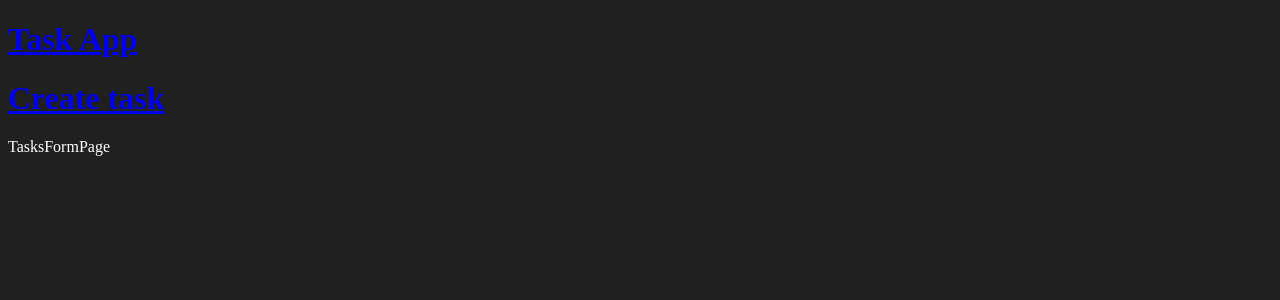
Repository: ChemsJam/django_react_api_crud
Page: /tasks-create (app in Client/)
An editor plug-in stored every save of this project. The page is shown before and after the next save, followed by the edit.
The browser window is 1280 px wide. The pictures show the whole page.
The project was rebuilt for these pictures with package versions that can differ from the ones it lists, and the page was loaded fresh each time. Also part of the build but not shown: Client/vite.config.js, Client/src/api/tasks.api.js, Client/src/components/TaskCard.jsx, Client/src/components/TaksList.jsx, Client/src/pages/TasksPage.jsx.

Above is the page before, as saved 2024-07-03 20:18:09.

### Client/src/App.jsx
import { BrowserRouter, Navigate, Route, Routes } from 'react-router-dom'
import { TasksPage } from './pages/TasksPage'
import { TasksFormPage } from './pages/TaskFormPage'
import { Navigation } from './components/Navigation'

function App() {
  return (
    <BrowserRouter>
      <Navigation />
      <Routes>
        <Route path='/' element={<Navigate to="/tasks" />} />
        <Route path='/tasks' element={<TasksPage />} />
        <Route path='/tasks-create' element={<TasksFormPage />} />

      </Routes>

    </BrowserRouter>
  )
}

export default App

### Client/src/index.css
body {
  background: #202020;
  color: #FFFFFF;
}

### Client/src/pages/TaskFormPage.jsx
export function TasksFormPage() {
    return (
        <div>TasksFormPage</div>
    )
}

### Client/src/components/Navigation.jsx
import { Link } from "react-router-dom"

export function Navigation() {
  return (
    <div>
        <Link to="/tasks">
        <h1>
            Task App
        </h1>
        </Link>

        <Link to="/tasks-create">
        <h1>
            Create task
        </h1>
        </Link>
    </div>
  )
}

Loaded but not shown: Client/index.html (common file); Client/src/main.jsx (common file)

After the next save:
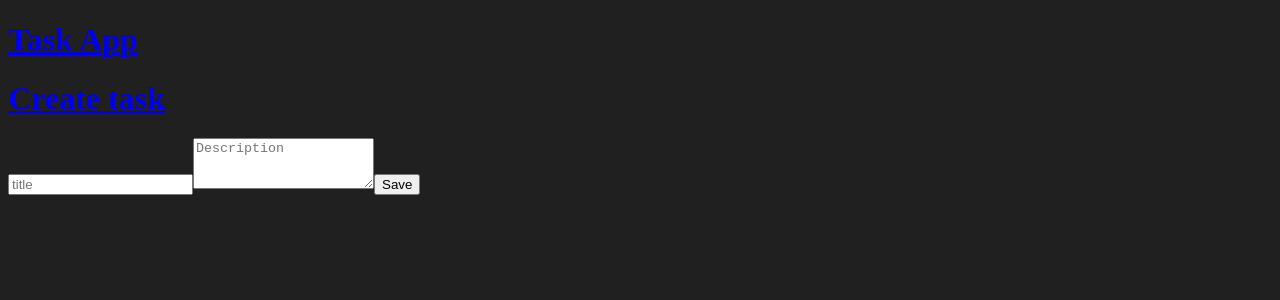
Saved 109 s later.
--- a/Client/src/pages/TaskFormPage.jsx
+++ b/Client/src/pages/TaskFormPage.jsx
@@ -1,5 +1,12 @@
 export function TasksFormPage() {
     return (
-        <div>TasksFormPage</div>
+        <div>
+        <form action="">
+            <input type="text" placeholder="title" />
+            <textarea rows="3" placeholder="Description"></textarea>
+            <button>Save</button>
+        </form>
+
+        </div>
     )
 }
